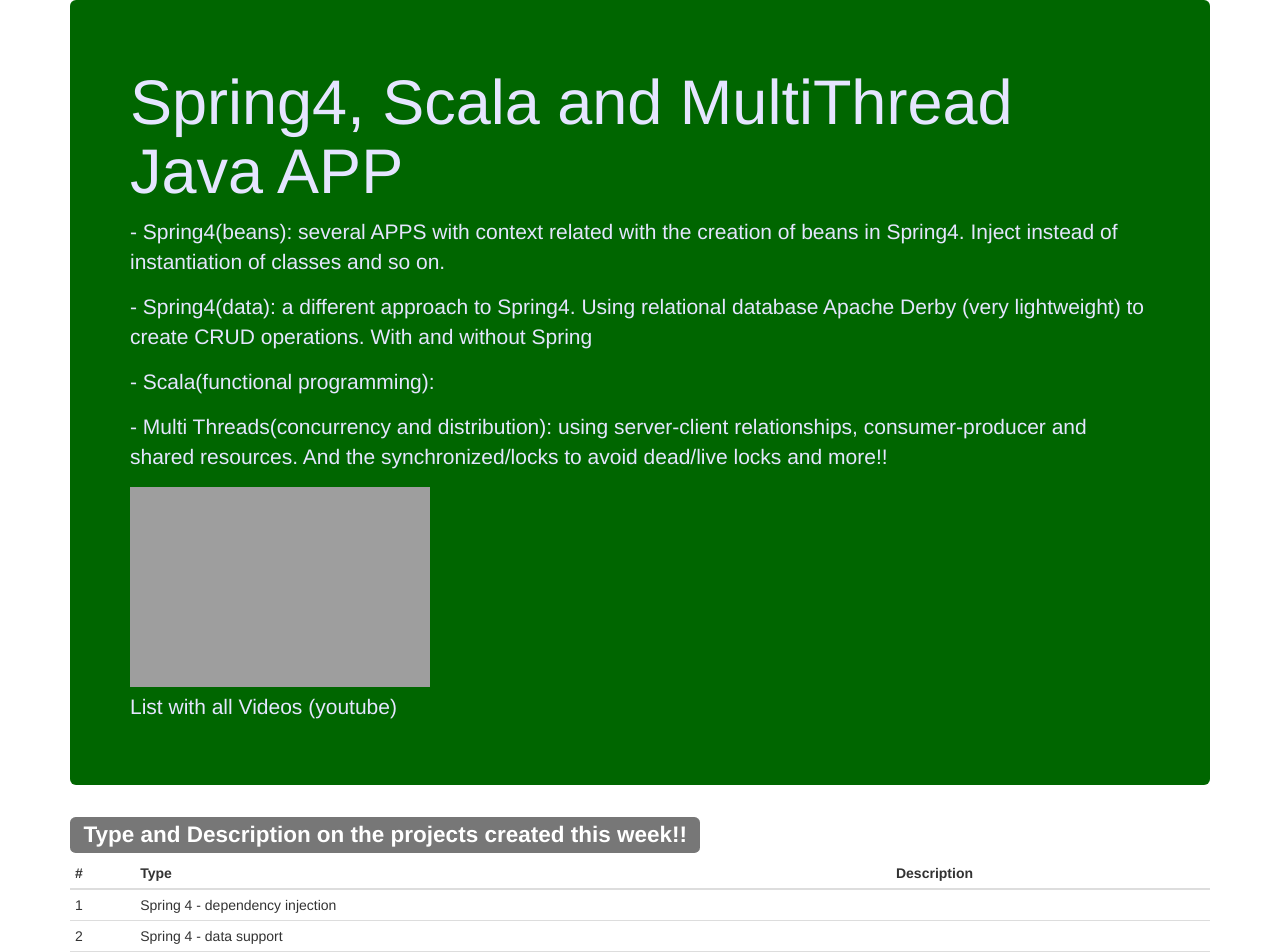
Repository: atafs/Deploy_GoogleAppEngine_webAPPS
Page: Project_003_Deploy_americotomasLIB/war/index.html
The author's editor kept a copy of each file at every save. The page is drawn from the files as they stood at one save, then again after the next save.
The browser window is 1280 px wide. The pictures show the part of the page from y = 0 to 952 px (the page is 4459 px tall before and 4369 px after).
Pictures or frames that could not be fetched are drawn as grey boxes.

Above is the page before, as saved 2016-03-14 02:03:58.
Console error (its wording comes from the project's code and is left out).

After the next save:
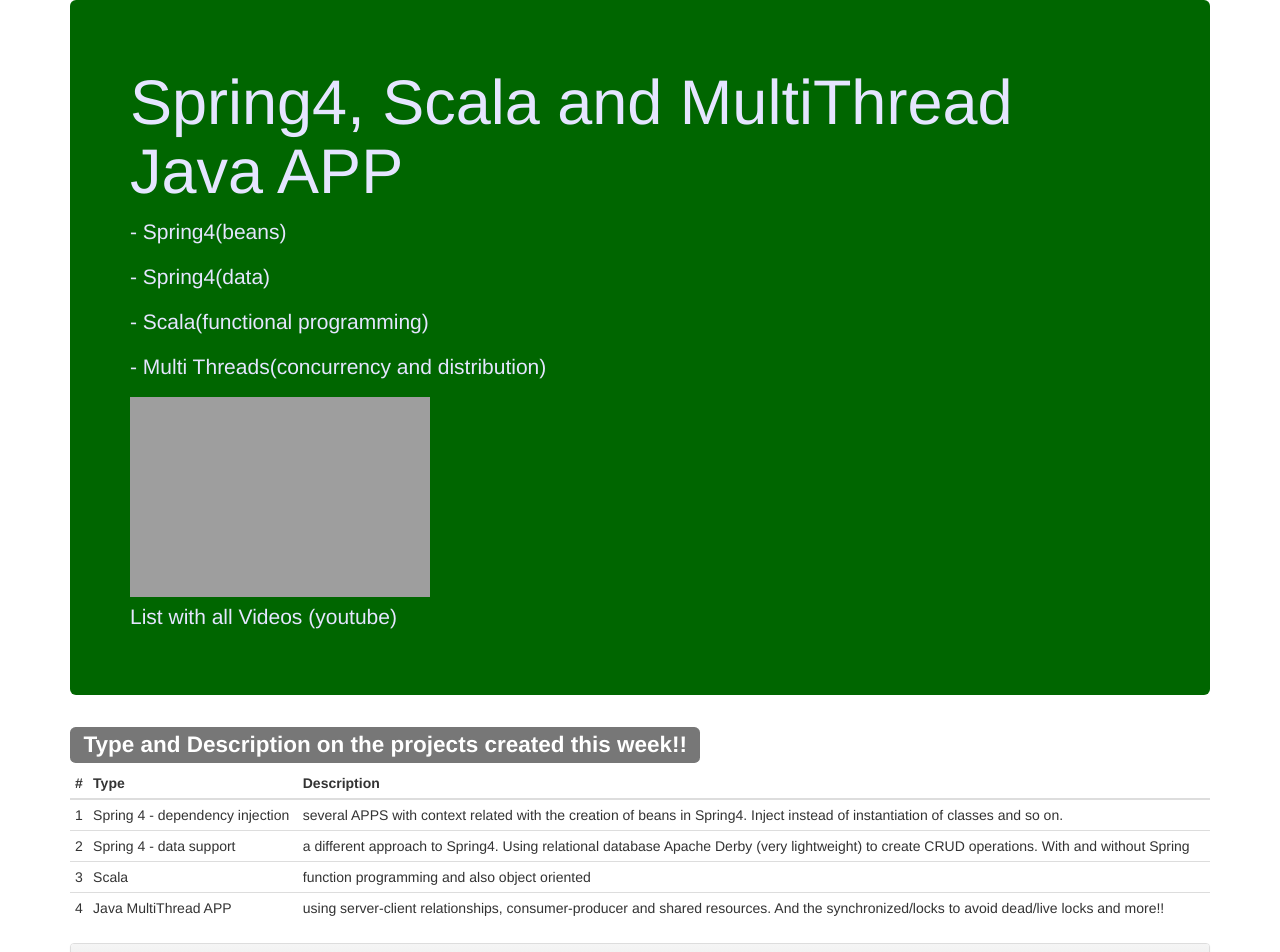
Saved 3 min 10 s later.
--- a/Project_003_Deploy_americotomasLIB/war/index.html
+++ b/Project_003_Deploy_americotomasLIB/war/index.html
@@ -17,10 +17,10 @@
 		<!-- Main jumbotron for a primary marketing message or call to action -->
 		<div style="background-color: #006600; color: #e5e5ff" class="jumbotron">
 			<h1>Spring4, Scala and MultiThread Java APP</h1>
-			<p>- Spring4(beans): several APPS with context related with the creation of beans in Spring4. Inject instead of instantiation of classes and so on. </p>
-			<p>- Spring4(data): a different approach to Spring4. Using relational database Apache Derby (very lightweight) to create CRUD operations. With and without Spring</p>
-			<p>- Scala(functional programming): </p>
-			<p>- Multi Threads(concurrency and distribution): using server-client relationships, consumer-producer and shared resources. And the synchronized/locks to avoid dead/live locks and more!! </p>
+			<p>- Spring4(beans)</p>
+			<p>- Spring4(data)</p>
+			<p>- Scala(functional programming)</p>
+			<p>- Multi Threads(concurrency and distribution)</p>
 
 			<iframe width="300" height="200" src="https://www.youtube.com/embed/videoseries?list=PLBaNeIDelX0LWugK_EMfT9q_S85-bH_qY" frameborder="0" allowfullscreen></iframe>
 			<p>List with all Videos (youtube)</p>
@@ -43,22 +43,22 @@
 					<tr>
 						<td>1</td>
 						<td>Spring 4 - dependency injection</td>
-						<td></td>
+						<td>several APPS with context related with the creation of beans in Spring4. Inject instead of instantiation of classes and so on. </td>
 					</tr>
 					<tr>
 						<td>2</td>
 						<td>Spring 4 - data support</td>
-						<td></td>
+						<td>a different approach to Spring4. Using relational database Apache Derby (very lightweight) to create CRUD operations. With and without Spring</td>
 					</tr>
 					<tr>
 						<td>3</td>
 						<td>Scala</td>
-						<td></td>
+						<td>function programming and also object oriented</td>
 					</tr>
 					<tr>
 						<td>4</td>
 						<td>Java MultiThread APP</td>
-						<td></td>
+						<td>using server-client relationships, consumer-producer and shared resources. And the synchronized/locks to avoid dead/live locks and more!! </td>
 					</tr>
 				</tbody>
 			</table>
